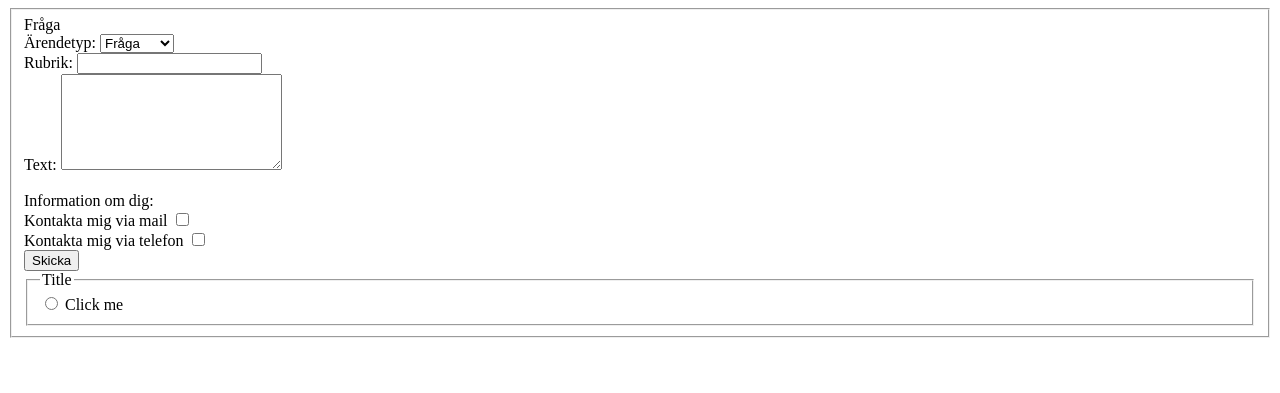
Repository: ma223md/1ik415
Page: Pages/kontakt.html
The author's editor kept a record of every edit. The page is drawn from the files as they stood at one moment, then again after the next edit.
The browser window is 1280 px wide. The pictures show the whole page.

Above is the page before.

### Pages/kontakt.html
<!DOCTYPE html>
<html>
    <head>
        <title>Kontakt</title>
        <meta charset="UTF-8">
        <!-- Gör så att svenska bokstäver visas korrekt -->
    </head>
    <body>
        <form method="post">
        <fieldset>
        Fråga<br>
        Ärendetyp:
            <select name="errand">
                <option value="question">Fråga</option>
                <option value="greeting">Hälsning</option>
                <option value="other">Övrigt</option>
            </select>
        <br>
        Rubrik: <input type="text" name="headline"><br>
        Text: <textarea  name="comments" cols="25" rows="6"></textarea>
        <br>
        <br>
        Information om dig:<br>
        Kontakta mig via mail <input type="checkbox" name="contact" value="mail"><br>
        Kontakta mig via telefon <input type="checkbox" name="contact" value="phone"><br>
        <input type="submit" value="Skicka" name="submit">
        </form>

        <form action="test.php" method="post">
            <fieldset>
                <legend>Title</legend>
                <input type="radio" name="radio" id="radio"> <label for="radio">Click me</label>
            </fieldset>
        </form>
    </body>
</html>

After the next edit:
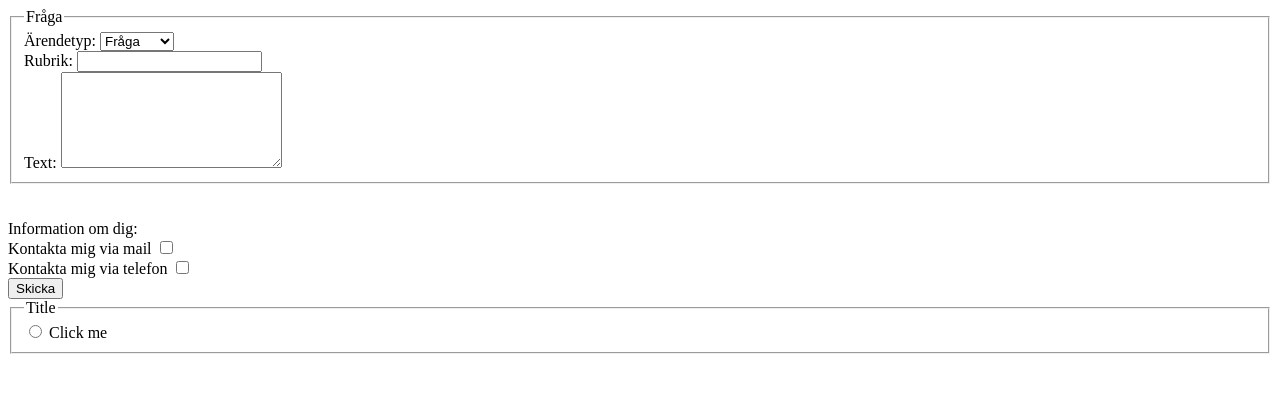
The edit:
--- a/Pages/kontakt.html
+++ b/Pages/kontakt.html
@@ -8,16 +8,17 @@
     <body>
         <form method="post">
         <fieldset>
-        Fråga<br>
-        Ärendetyp:
-            <select name="errand">
-                <option value="question">Fråga</option>
-                <option value="greeting">Hälsning</option>
-                <option value="other">Övrigt</option>
-            </select>
-        <br>
-        Rubrik: <input type="text" name="headline"><br>
-        Text: <textarea  name="comments" cols="25" rows="6"></textarea>
+            <legend>Fråga</legend>
+            Ärendetyp:
+                <select name="errand">
+                    <option value="question">Fråga</option>
+                    <option value="greeting">Hälsning</option>
+                    <option value="other">Övrigt</option>
+                </select>
+            <br>
+            Rubrik: <input type="text" name="headline"><br>
+            Text: <textarea  name="comments" cols="25" rows="6"></textarea>
+        </fieldset>
         <br>
         <br>
         Information om dig:<br>
